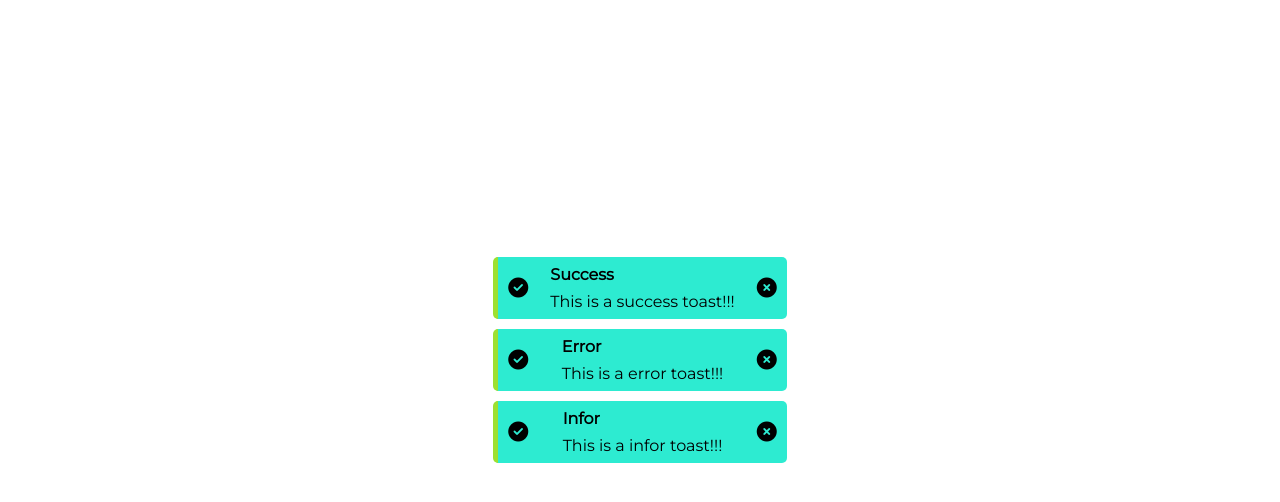
Repository: thuynguyen0964/Toast-Cooler
Page: index.html
The author's editor kept a copy of each file at every save. The page is drawn from the files as they stood at one save, then again after the next save.
The browser window is 1280 px wide. The pictures show the whole page.

Above is the page before, as saved 2023-01-26 20:27:00.

### index.html
<!DOCTYPE html>
<html lang="en">
  <head>
    <meta charset="UTF-8" />
    <meta http-equiv="X-UA-Compatible" content="IE=edge" />
    <meta name="viewport" content="width=device-width, initial-scale=1.0" />
    <title>Toast Mess Cooler</title>
    <link
      href="https://fonts.googleapis.com/css2?family=Montserrat:wght@300;400&display=swap"
      rel="stylesheet"
    />
    <link
      rel="stylesheet"
      href="https://cdnjs.cloudflare.com/ajax/libs/font-awesome/6.2.1/css/all.min.css"
    />
    <link rel="stylesheet" href="./app/style.css" />
  </head>
  <body>
    <ul class="container">
      <li class="toast success">
        <div class="icon">
          <i class="fa-solid fa-circle-check"></i>
        </div>
        <div class="toast__text">
          <h4 class="toast__title">Success</h4>
          <p class="toast__desc">This is a success toast!!!</p>
        </div>
        <div class="icon__close">
          <i class="fa-solid fa-circle-xmark"></i>
        </div>
      </li>
      <li class="toast error">
        <div class="icon">
          <i class="fa-solid fa-circle-check"></i>
        </div>
        <div class="toast__text">
          <h4 class="toast__title">Error</h4>
          <p class="toast__desc">This is a error toast!!!</p>
        </div>
        <div class="icon__close">
          <i class="fa-solid fa-circle-xmark"></i>
        </div>
      </li>
      <li class="toast infor">
        <div class="icon">
          <i class="fa-solid fa-circle-check"></i>
        </div>
        <div class="toast__text">
          <h4 class="toast__title">Infor</h4>
          <p class="toast__desc">This is a infor toast!!!</p>
        </div>
        <div class="icon__close">
          <i class="fa-solid fa-circle-xmark"></i>
        </div>
      </li>
    </ul>
  </body>
</html>

### app/style.css
*{
    margin: 0;
    padding: 0;
    box-sizing: border-box;
}
body{
    font-family: "Montserrat", sans-serif;
    display: flex;
    align-items: center;
    justify-content: center;
    min-height: 100vh;
}

.toast{
    width: 350x;
    list-style: none;
    border-left: 5px solid #9de031;
    border-radius: 5px;
    display: flex;
    align-items: center;
    justify-content: space-between;
    background-color: #1ceaceeb;
    margin: 10px 0;
}
.toast__text{
    padding: 0 12px;
}
.toast__desc,
.toast__title{
    margin: 8px 0;
}
.icon__close,
.icon{
    padding:0 10px;
    font-size: 20px;
}

After the next save:
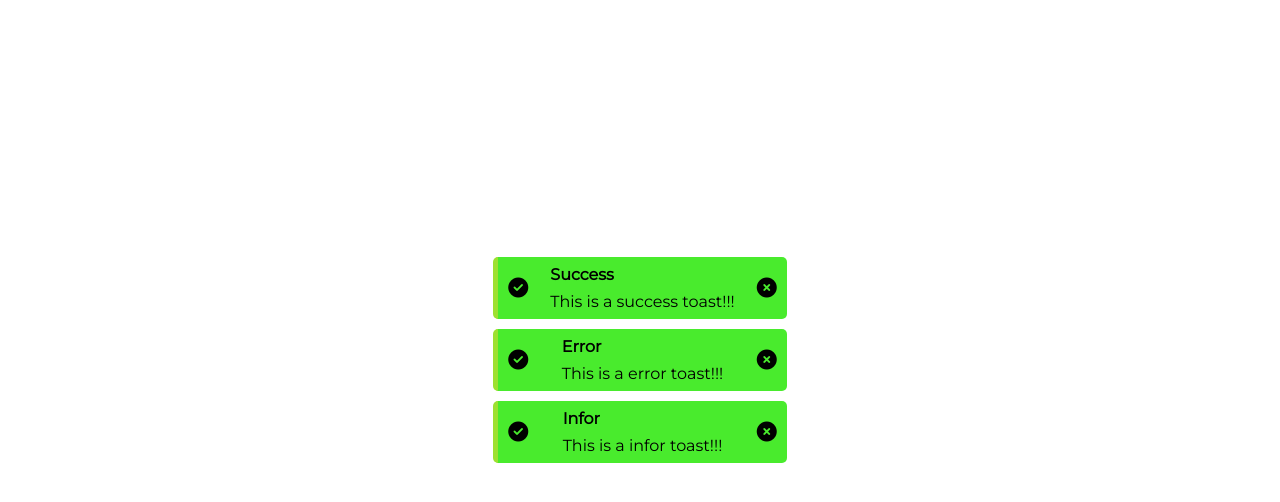
Saved 6 s later.
--- a/app/style.css
+++ b/app/style.css
@@ -19,7 +19,7 @@ body{
     display: flex;
     align-items: center;
     justify-content: space-between;
-    background-color: #1ceaceeb;
+    background-color: #3aea1ceb;
     margin: 10px 0;
 }
 .toast__text{
